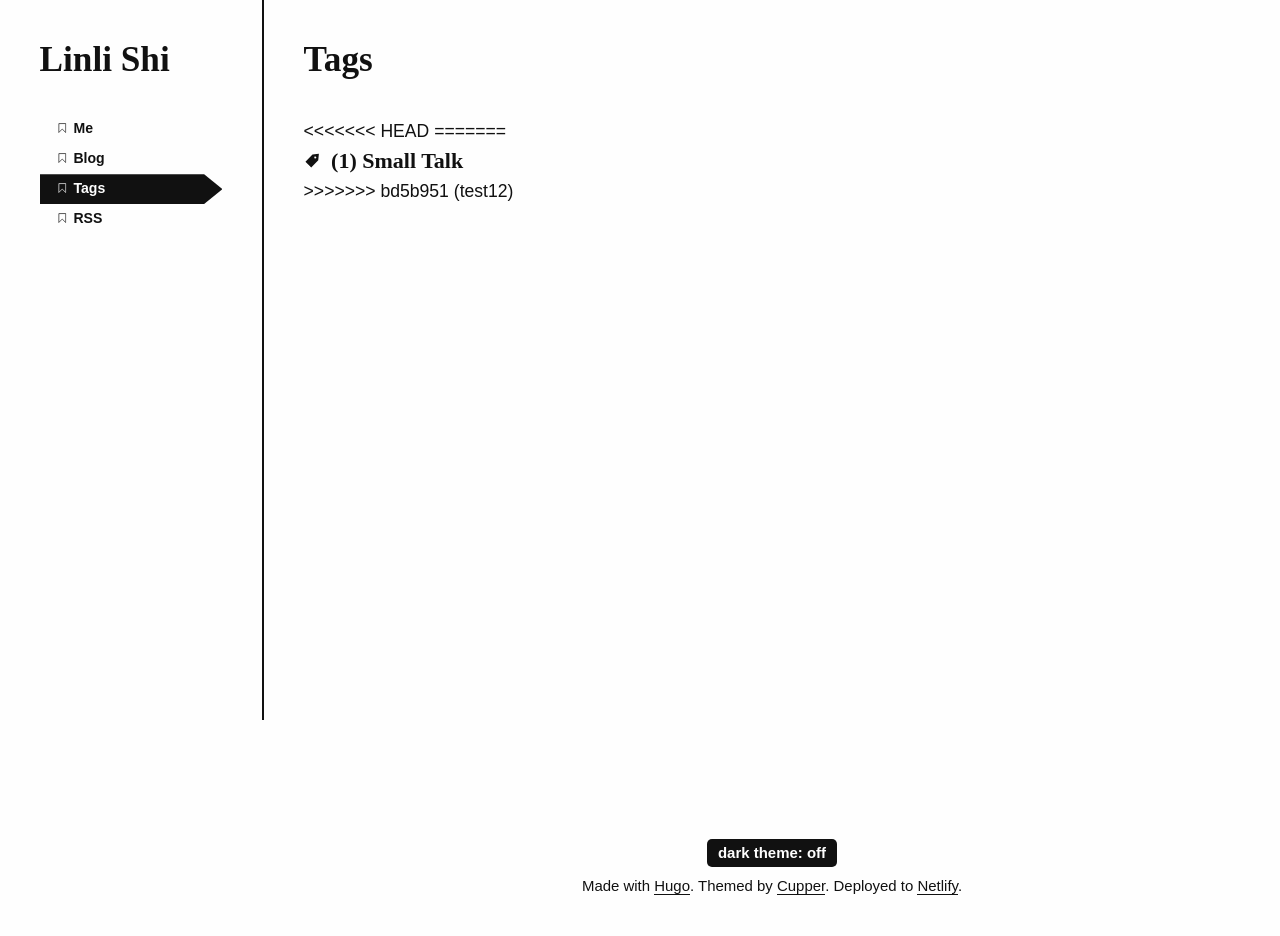
Repository: indexss/indexss.github.io
Page: tags/index.html
These files come from the project's save history. The page is drawn as it stood at one moment and after a run of saves; the edit follows.
The browser window is 1280 px wide. The pictures show the whole page.
Some web fonts or font styles are not loaded; a fallback is used. Some web libraries are served in a nearby version.

Above is the page before, as saved 2024-03-06 22:48:42.

After the next 2 saves:
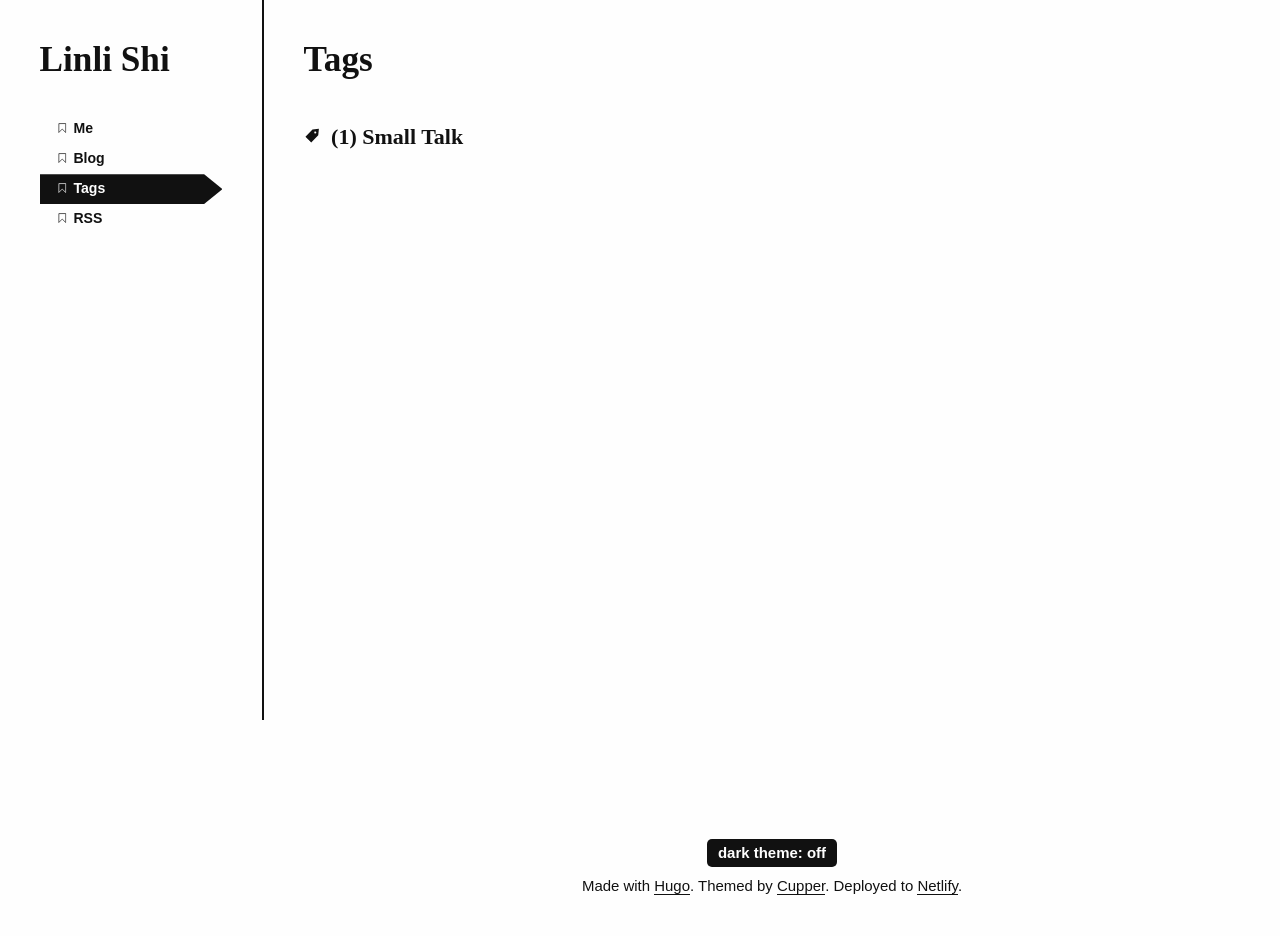
The 2 saves are shown as one change because they came seconds apart.
The last was saved 107 s later.
--- a/tags/index.html
+++ b/tags/index.html
@@ -256,8 +256,7 @@
     <h1>Tags</h1>
     <ul class="patterns-list">
 
-<<<<<<< HEAD
-=======
+
         <li>
           <h2>
             <a href="/tags/small-talk/">
@@ -269,7 +268,6 @@
           </h2>
         </li>
 
->>>>>>> bd5b951 (test12)
     </ul>
   </main>
 
